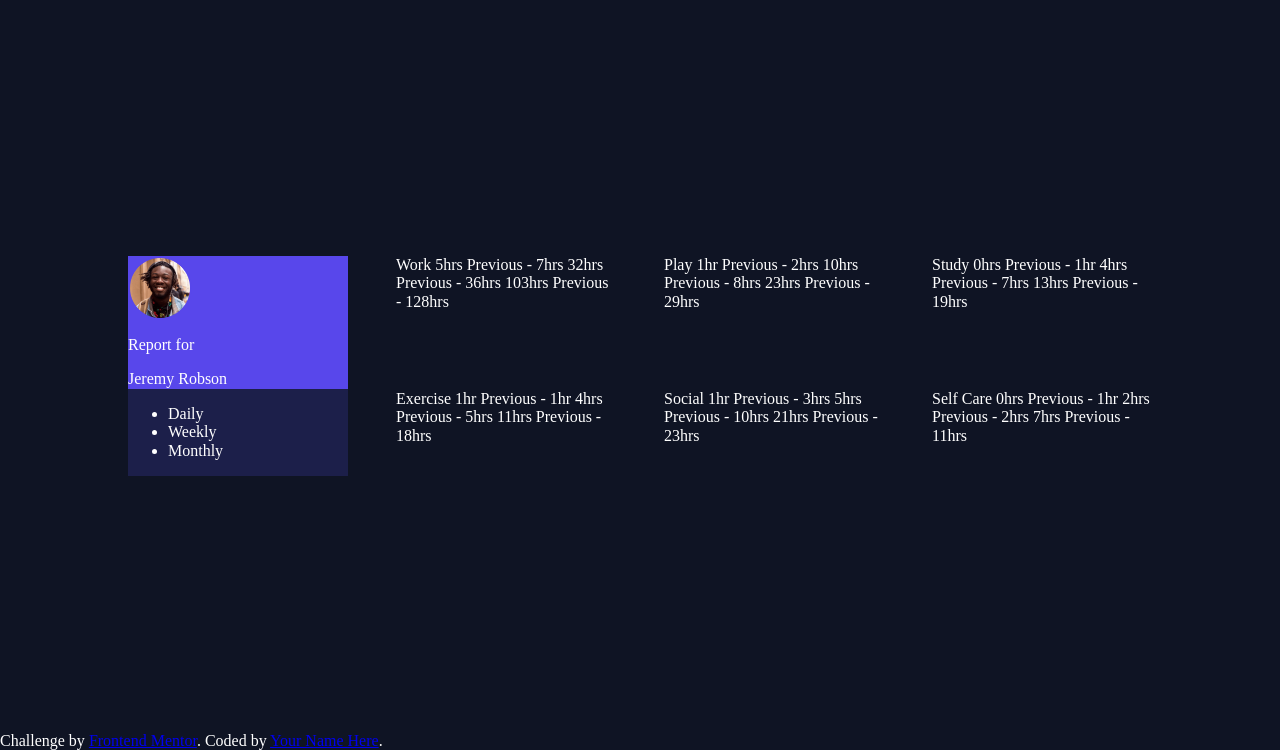
Repository: Jay-JYKim91/FM_time-tracking-dashboard
Page: index.html
The author's editor kept a copy of each file at every save. The page is drawn from the files as they stood at one save, then again after the next save.
The browser window is 1280 px wide. The pictures show the whole page.

Above is the page before, as saved 2021-12-15 22:23:23.

### index.html
<!DOCTYPE html>
<html lang="en">
<head>
  <meta charset="UTF-8">
  <meta name="viewport" content="width=device-width, initial-scale=1.0"> <!-- displays site properly based on user's device -->

  <link rel="icon" type="image/png" sizes="32x32" href="./images/favicon-32x32.png">

  <title>Time tracking dashboard</title>
  <link rel="stylesheet" href="https://cdnjs.cloudflare.com/ajax/libs/normalize/8.0.1/normalize.min.css" integrity="sha512-NhSC1YmyruXifcj/KFRWoC561YpHpc5Jtzgvbuzx5VozKpWvQ+4nXhPdFgmx8xqexRcpAglTj9sIBWINXa8x5w==" crossorigin="anonymous" referrerpolicy="no-referrer" />
  <link rel="preconnect" href="https://fonts.googleapis.com">
  <link rel="preconnect" href="https://fonts.gstatic.com" crossorigin>
  <link href="https://fonts.googleapis.com/css2?family=Rubik:wght@300;400;500&display=swap" rel="stylesheet">
  <link rel="stylesheet" href="style.css">
  <script src="main.js" defer></script>
</head>
<body>
  <section class="container">
    <article class="card profile-card">
        <div>
          <div class="profile-img-box">
            <img src="./images/image-jeremy.png" alt="jeremy" class="profile">
          </div>
          <p>Report for</p>
          <p class="name">Jeremy Robson</p>
        </div>
        <ul>
          <li>Daily</li>
          <li>Weekly</li>
          <li>Monthly</li>
        </ul>

    </article>
    <article class="card">
      Work
  5hrs <!-- daily -->
  Previous - 7hrs <!-- daily -->
  32hrs <!-- weekly -->
  Previous - 36hrs <!-- weekly -->
  103hrs <!-- monthly -->
  Previous - 128hrs <!-- monthly -->
    </article>
    <article class="card">
      Play
  1hr <!-- daily -->
  Previous - 2hrs <!-- daily -->
  10hrs <!-- weekly -->
  Previous - 8hrs <!-- weekly -->
  23hrs <!-- monthly -->
  Previous - 29hrs <!-- monthly -->


    </article>
    <article class="card">
      Study
  0hrs <!-- daily -->
  Previous - 1hr <!-- daily -->
  4hrs <!-- weekly -->
  Previous - 7hrs <!-- weekly -->
  13hrs <!-- monthly -->
  Previous - 19hrs <!-- monthly -->


    </article>
    <article class="card">
      Exercise
  1hr <!-- daily -->
  Previous - 1hr <!-- daily -->
  4hrs <!-- weekly -->
  Previous - 5hrs <!-- weekly -->
  11hrs <!-- monthly -->
  Previous - 18hrs <!-- monthly -->


    </article>
    <article class="card">
      Social
  1hr <!-- daily -->
  Previous - 3hrs <!-- daily -->
  5hrs <!-- weekly -->
  Previous - 10hrs <!-- weekly -->
  21hrs <!-- monthly -->
  Previous - 23hrs <!-- monthly -->


    </article>
    <article class="card">
      Self Care
  0hrs <!-- daily -->
  Previous - 1hr <!-- daily -->
  2hrs <!-- weekly -->
  Previous - 2hrs <!-- weekly -->
  7hrs <!-- monthly -->
  Previous - 11hrs <!-- monthly -->
    </article>
  </section>








  <div class="attribution">
    Challenge by <a href="https://www.frontendmentor.io?ref=challenge" target="_blank">Frontend Mentor</a>.
    Coded by <a href="#">Your Name Here</a>.
  </div>
</body>
</html>

### style.css
:root {
  --body-font: "Rubik", sans-serif;

  --blue: hsl(246, 80%, 60%);
  --light-red: hsl(15, 100%, 70%);
  --soft-blue: hsl(195, 74%, 62%);
  --light-red: hsl(348, 100%, 68%);
  --lime-green: hsl(145, 58%, 55%);
  --violet: hsl(264, 64%, 52%);
  --soft-orange: hsl(43, 84%, 65%);
  --very-dark-blue: hsl(226, 43%, 10%);
  --dark-blue: hsl(235, 46%, 20%);
  --desaturated-blue: hsl(235, 45%, 61%);
  --pale-blue: hsl(236, 100%, 87%);
}
/* --Light red (work): hsl(15, 100%, 70%)
--Soft blue (play): hsl(195, 74%, 62%)
--Light red (study): hsl(348, 100%, 68%)
--Lime green (exercise): hsl(145, 58%, 55%)
--Violet (social): hsl(264, 64%, 52%) */
body {
  background-color: var(--very-dark-blue);
  color: white;
}
.container {
  width: 80vw;
  margin: 20% auto;
  display: grid;
  grid-template-columns: repeat(4, 1fr);
  gap: 3em;
}
.card {
  /* padding: 30px; */
}
.profile-card {
  grid-row: 1 / 3;
  background-color: var(--dark-blue);
}
.profile-card div {
  background-color: var(--blue);
}
.profile-img-box {
  width: 64px;
  height: 64px;
  border-radius: 50%;
  background-color: white;
}
.profile {
  width: 60px;
  margin: 2px;
}
@media (min-width: 768px) and (max-width: 1023px) {
}

@media (max-width: 767px) {
}

Loaded but not shown: main.js (empty)

After the next save:
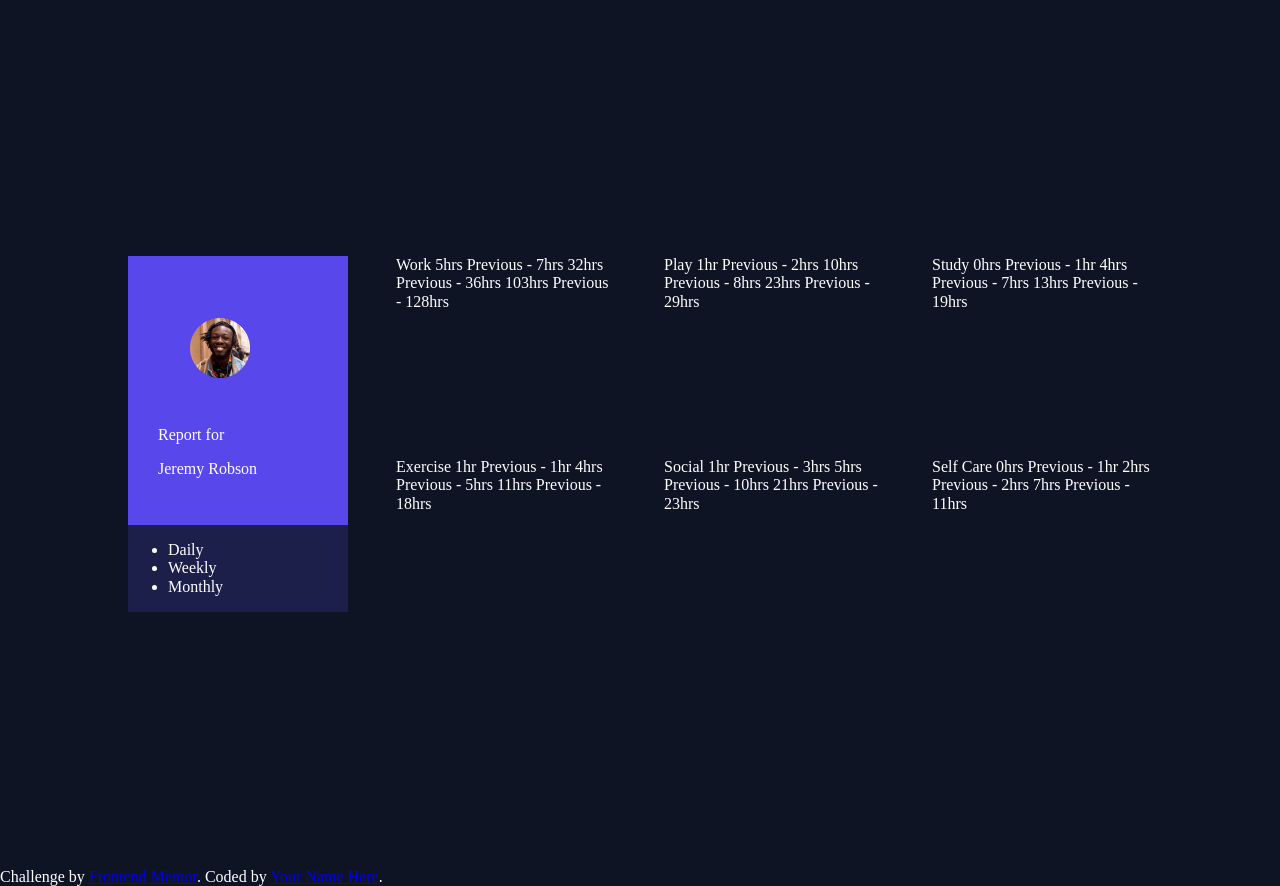
Saved 14 s later.
--- a/style.css
+++ b/style.css
@@ -38,6 +38,7 @@
 }
 .profile-card div {
   background-color: var(--blue);
+  padding: 30px;
 }
 .profile-img-box {
   width: 64px;

After the save that followed:
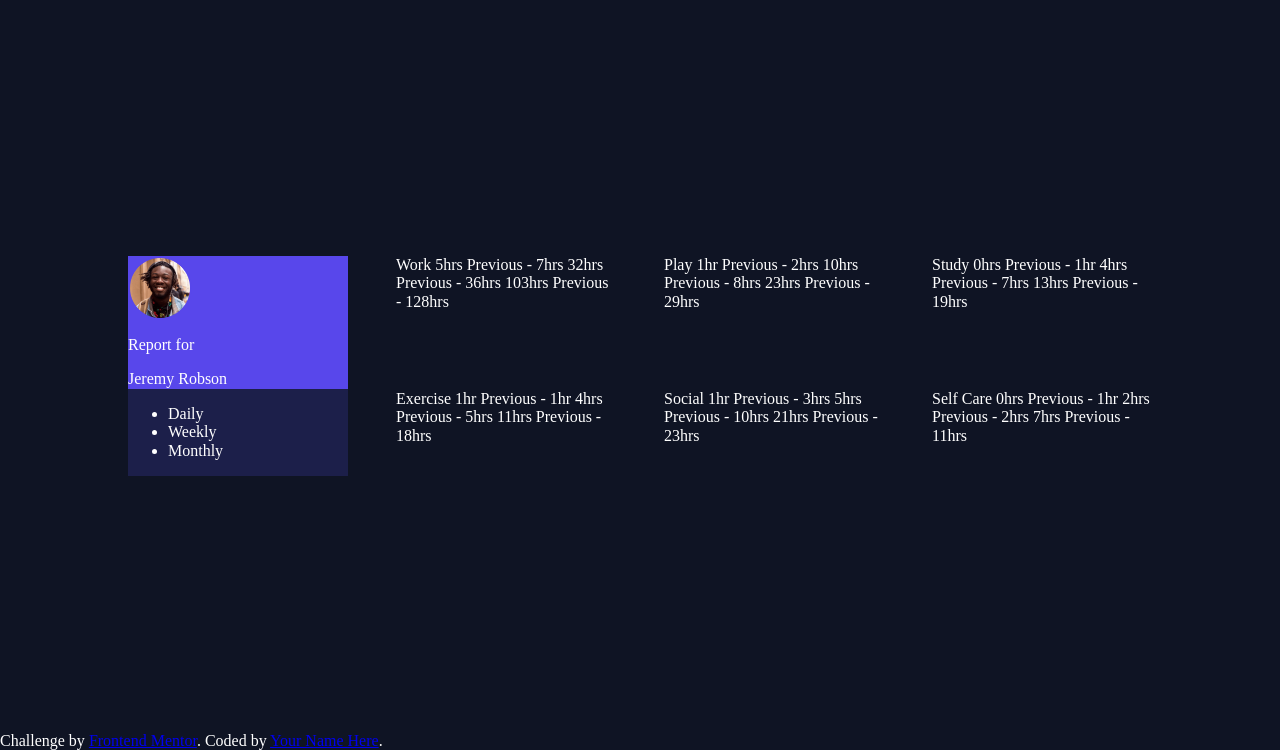
Saved 97 s later.
--- a/style.css
+++ b/style.css
@@ -38,7 +38,7 @@
 }
 .profile-card div {
   background-color: var(--blue);
-  padding: 30px;
+  /* padding: 30px; */
 }
 .profile-img-box {
   width: 64px;
